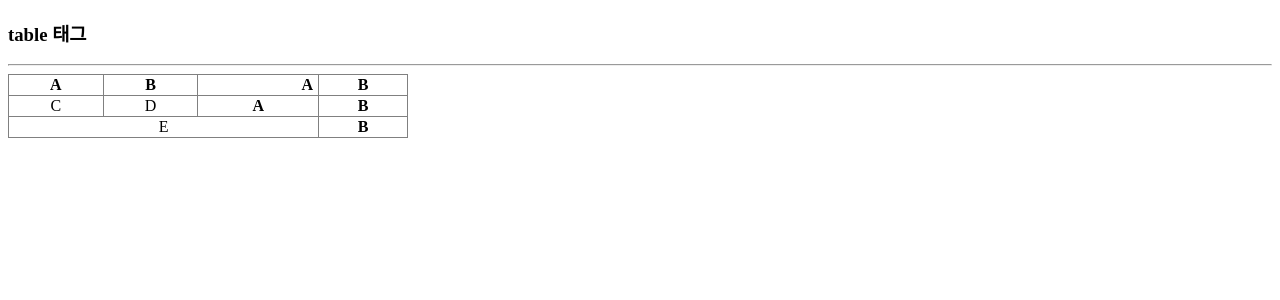
Repository: marudaga/html-css-lecture
Page: work/study/src/main/webapp/htmlEx/ch04/ex01.html
The author's editor kept a copy of each file at every save. The page is drawn from the files as they stood at one save, then again after the next save.
The browser window is 1280 px wide. The pictures show the whole page.

Above is the page before, as saved 2022-09-07 02:49:31.

### work/study/src/main/webapp/htmlEx/ch04/ex01.html
<!DOCTYPE html>
<html>
<head>
<meta charset="UTF-8">
<title>Insert title here</title>
</head>
<body>

<h3> table 태그</h3>

<hr>
<!--  border 속성 : table, tbody, tr,안에 th,hd를 준다. -->
<!--  border 속성 . -->
<!--  rowspan : 2 == 행 합칠 개수 : 2  colspan:3 == 열 합칠 개수3 -->
<!--  border-collapse: 선의 표시 방법지정.collapse:선을 합침 -->
<table border="1" style="width: 400px; border-collapse: collapse;">
  <tr align="center">
    <th>A</th>
    <th>B</th>
    <th align="right" style="padding-right: 5px;">A</th>
    <th>B</th>
  </tr>
  <tr align="center">
    <td>C</td>
    <td>D</td>
    <th>A</th>
    <th>B</th>
  </tr>
  <tr align="center">
    <td colspan="3">E</td>
    <th>B</th>
  </tr>
</table>

</body>
</html>

After the next save:
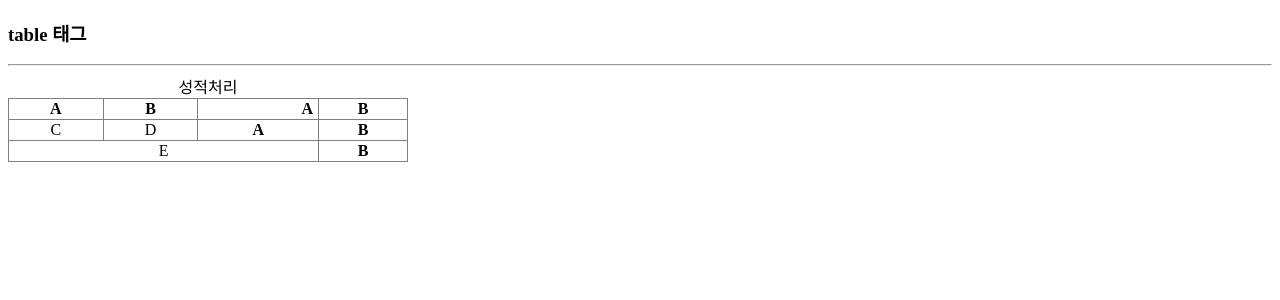
Saved 2 min 28 s later.
--- a/work/study/src/main/webapp/htmlEx/ch04/ex01.html
+++ b/work/study/src/main/webapp/htmlEx/ch04/ex01.html
@@ -14,6 +14,7 @@
 <!--  rowspan : 2 == 행 합칠 개수 : 2  colspan:3 == 열 합칠 개수3 -->
 <!--  border-collapse: 선의 표시 방법지정.collapse:선을 합침 -->
 <table border="1" style="width: 400px; border-collapse: collapse;">
+	<caption>성적처리</caption>
   <tr align="center">
     <th>A</th>
     <th>B</th>

After the save that followed:
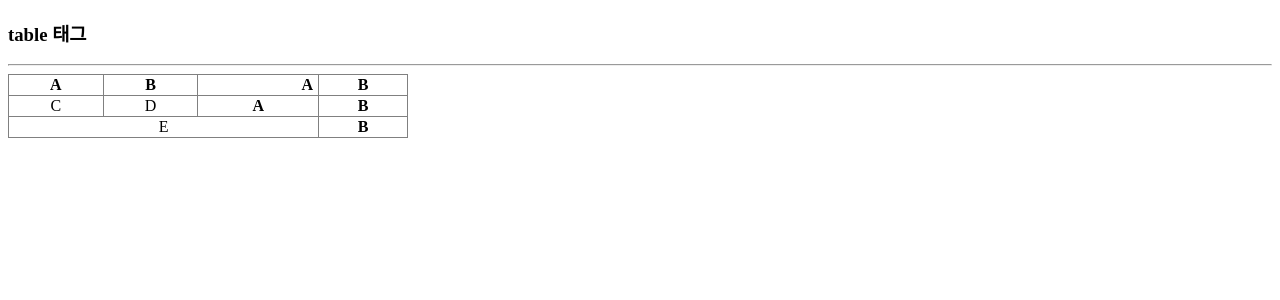
Saved 9 s later.
--- a/work/study/src/main/webapp/htmlEx/ch04/ex01.html
+++ b/work/study/src/main/webapp/htmlEx/ch04/ex01.html
@@ -14,7 +14,7 @@
 <!--  rowspan : 2 == 행 합칠 개수 : 2  colspan:3 == 열 합칠 개수3 -->
 <!--  border-collapse: 선의 표시 방법지정.collapse:선을 합침 -->
 <table border="1" style="width: 400px; border-collapse: collapse;">
-	<caption>성적처리</caption>
+
   <tr align="center">
     <th>A</th>
     <th>B</th>
